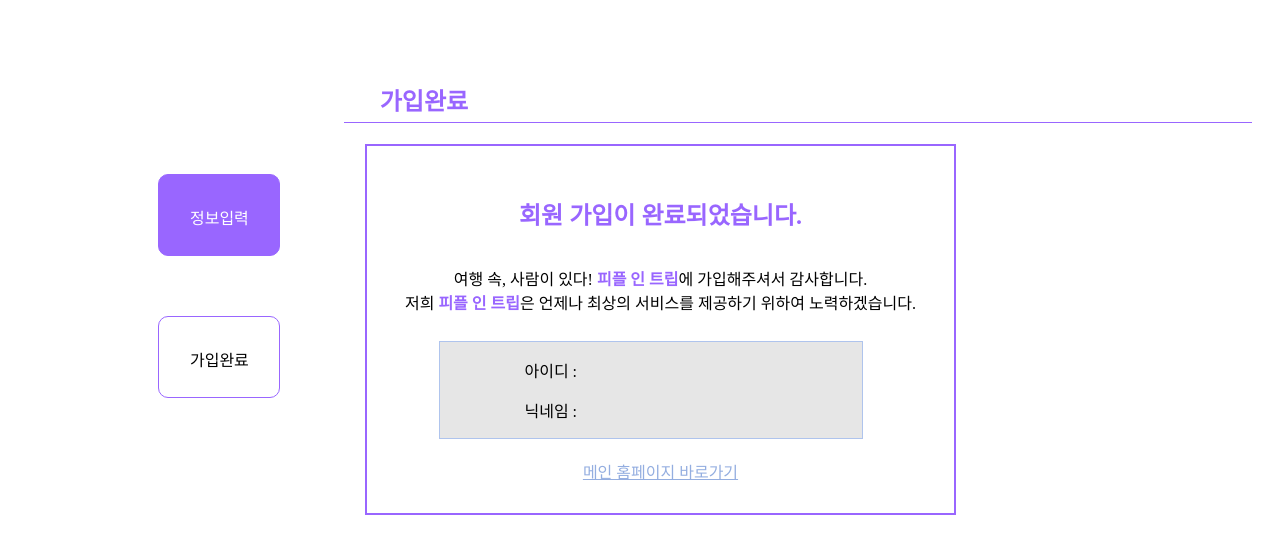
Repository: kimjinmin4535/ezen_loginteam
Page: http://localhost/Ezen_Project/signup/signupcomplete.jsp
The author's editor kept a copy of each file at every save. The page is drawn from the files as they stood at one save, then again after the next save.
The browser window is 1280 px wide. The pictures show the whole page.
The page is served by Tomcat 9. Other server files are loaded and not shown.

Above is the page before, as saved 2022-07-05 16:03:27.

### Ezen_Project/src/main/webapp/signup/signupcomplete.jsp
<%@ page language="java" contentType="text/html; charset=UTF-8"
    pageEncoding="UTF-8"%>
<!DOCTYPE html>
<html>
<head>
<meta charset="UTF-8">
<title>회원가입 완료</title>
<link rel="stylesheet" href="../resources/css/signup/signup.css" />
</head>
<body>
	<div class="side_content">
		<p id="side_content1">정보입력</p>
		<p id="side_content2">가입완료</p>
	</div>
	<h3>가입완료</h3>
	<div class="signupcomplete_msg">
		<h2>회원 가입이 완료되었습니다.</h2>
		<p>여행 속, 사람이 있다! <strong>피플 인 트립</strong>에 가입해주셔서 감사합니다.<br>
		저희 <strong>피플 인 트립</strong>은 언제나 최상의 서비스를 제공하기 위하여 노력하겠습니다.</p>
		<div class="signupcomplete_information">
			<p>아이디 : </p>
			<p>닉네임 : </p>
		</div>
		<div class="main_home">
			<a href="#">메인 홈페이지 바로가기</a>
		</div>
	</div>
</body>
</html>

### Ezen_Project/src/main/webapp/resources/css/signup/signup.css
@charset "UTF-8";

body {
	display: flex;
	align-items: baseline;
	gap: 32px;
	padding: 48px 0;
}
.signupcomplete_msg {
	flex: 3.5;
	padding: 30px;
	text-align: center;
	border: 2px solid #9966ff;
	margin-right: 25%;
	margin-top: 7%;
}

.side_content {
	flex: 1;
	padding: 24px;
	margin-left: 10%;
}


@media (max-width: 40rem) {
.side_content {
    display: none;
  }
}

.signupcomplete_information {
	border: 1px solid #afc4ed;
	width:80%;
	background-color: #E6E6E6;
	margin-left: 8%;
	margin-top: 5%;
}
.signupcomplete_information > p {
	text-align: left;
	margin-left: 20%;
}

h3 {
	text-align: center;
	position: absolute;
	margin-left: 28%;
	margin-top: 2%;
	color: #9966ff;
	font-size: 24px;
}

h3:after {
  	content: "";
 	display: block;
  	width: 650%;
  	border-bottom: 1px solid #9966ff;
  	margin: 10% 0px;
  	padding: 0px 40px 0px 120px;
	margin: 5px -23px 0px -22px;
}


.signupcomplete_msg > h2 {
	color: #9966ff;
}

.signupcomplete_msg > p > strong {
	color: #9966ff;
}

.signupcomplete_msg > p {
	padding-top: 15px;
}

.main_home > a {
	color: #94aee0;
}

.main_home {
	margin-top: 20px;

}

.side_content > #side_content1 {
	border: 1px solid #9966ff;
	background-color: #9966ff;
	color: white;
	height: 50px;
	width: 120px;
	text-align: center;
	border-radius: 10px;
	padding-top: 30px;
	margin-top: 30px;
}
.side_content > #side_content2 {
	border: 1px solid #9966ff;
	color: black;
	height: 50px;
	width: 120px;
	text-align: center;
	border-radius: 10px;
	padding-top: 30px;
	margin-top: 60px;
}
/* .side_content {
	text-align: left;
	width: 100px;
	position: absolute;
	height:0px;
	padding-left: 330px;
	padding-top: 250px;
	flex: 1;
} */
/*

After the next save:
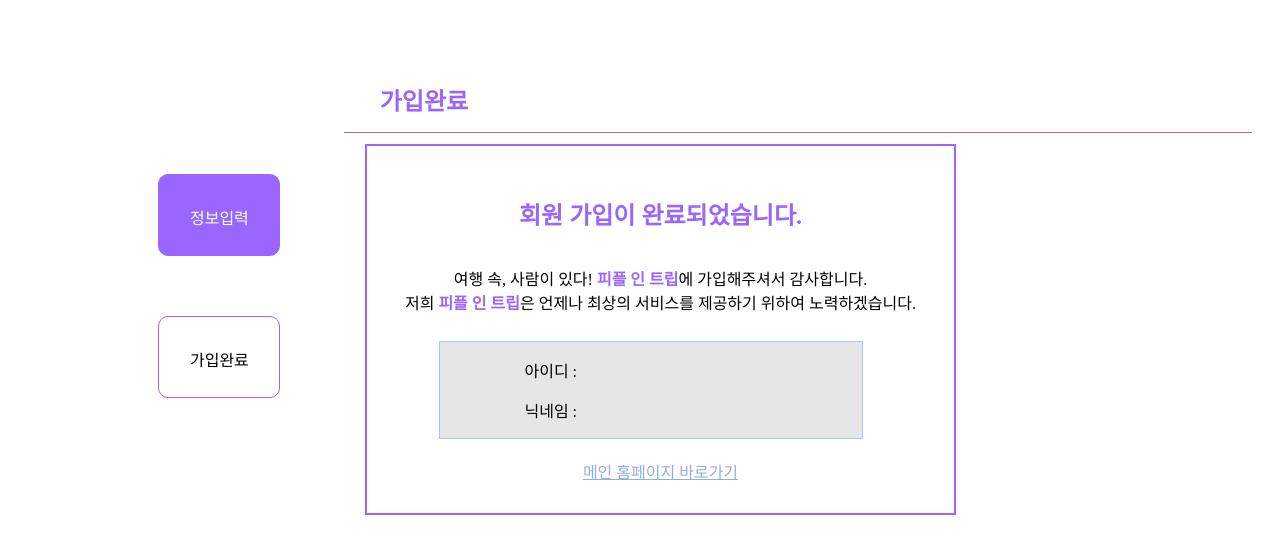
Saved 9 s later.
--- a/Ezen_Project/src/main/webapp/resources/css/signup/signup.css
+++ b/Ezen_Project/src/main/webapp/resources/css/signup/signup.css
@@ -56,7 +56,7 @@
   	border-bottom: 1px solid #9966ff;
   	margin: 10% 0px;
   	padding: 0px 40px 0px 120px;
-	margin: 5px -23px 0px -22px;
+	margin: 15px -23px 0px -22px;
 }
 
 
